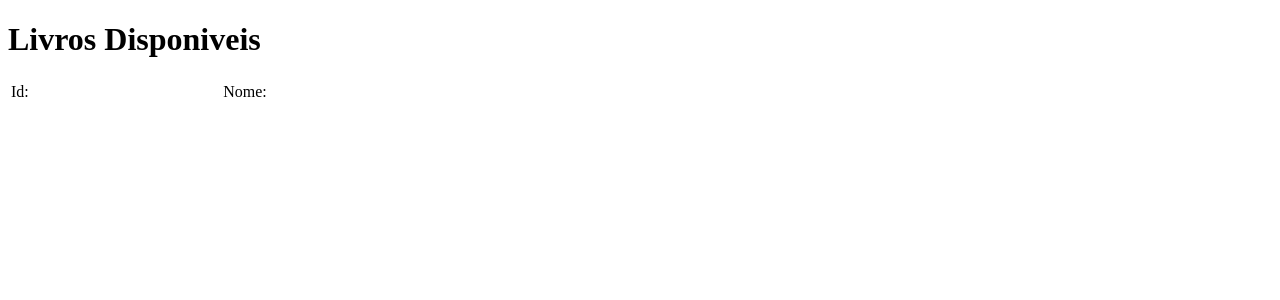
Repository: lmsmorais/ProjectEpiousion
Page: http://localhost/LibraryProject/LivrosDisponiveisServlet
The author's editor kept a copy of each file at every save. The page is drawn from the files as they stood at one save, then again after the next save.
The browser window is 1280 px wide. The pictures show the whole page.
The page is served by Tomcat 9. Queries for data that is not in the repository find no rows.

Above is the page before, as saved 2020-11-11 14:50:13.

After the next save:
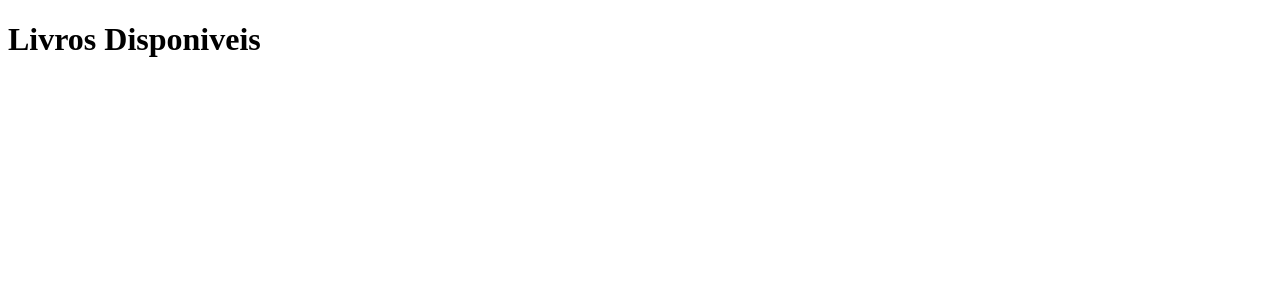
Saved 24 s later.
--- a/LibraryProject/WebContent/livrosDisponiveis.jsp
+++ b/LibraryProject/WebContent/livrosDisponiveis.jsp
@@ -8,15 +8,11 @@
     </head>
     <body>
         <H1>Livros Disponiveis</H1>
-        <TABLE width='700'>
-            <TR>
-                <TD>Id:</TD>
-                <TD>Nome:</TD>
-            </TR>
+
             <c:forEach var="livro" items="${sessionScope.livrosDisponiveis}">
                 <c:out value="${livro.idLivro}"/>
                 <c:out value="${livro.nomeLivro}"/>
             </c:forEach>
-        </TABLE>
+
     </body>
 </html>
